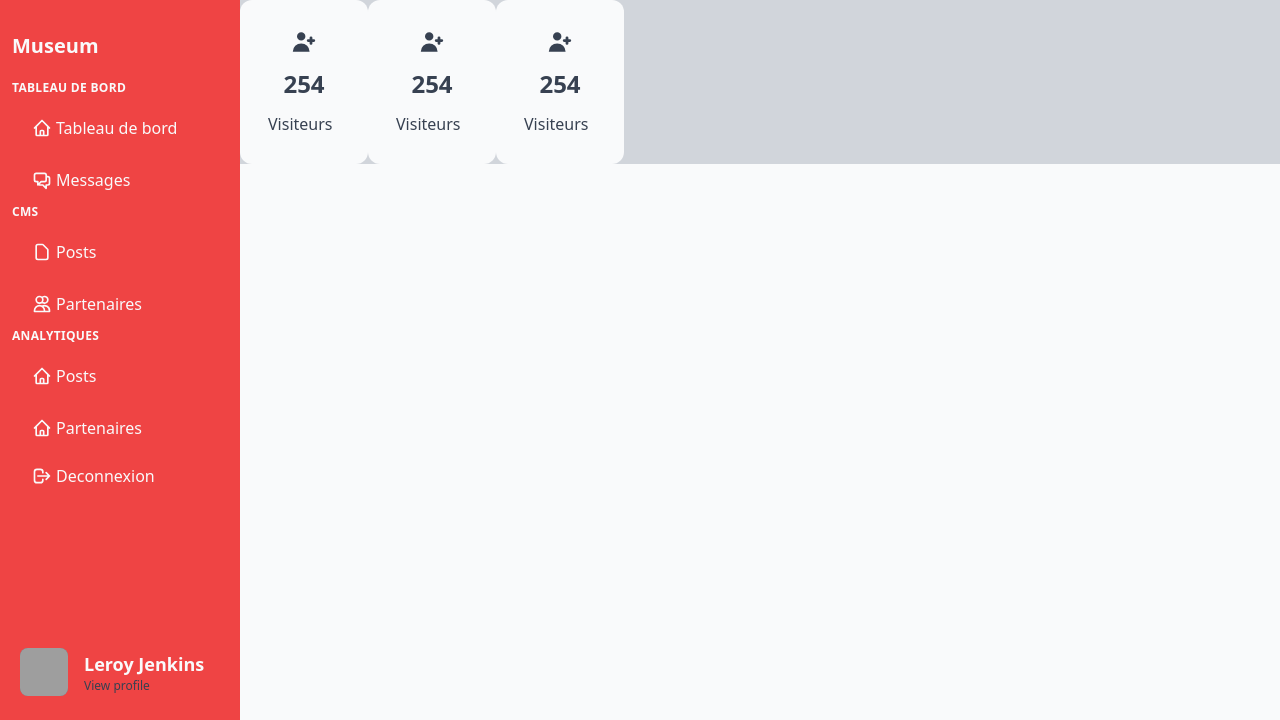
Repository: erulabs243/museum
Page: /dashboard
The author's editor kept a copy of each file at every save. The page is drawn from the files as they stood at one save, then again after the next save.
The browser window is 1280 px wide. The pictures show the whole page.
Pictures or frames that could not be fetched are drawn as grey boxes. The project was rebuilt for these pictures with package versions that can differ from the ones it lists, and the page was loaded fresh each time. Also part of the build but not shown: vite.config.js, src/pages/admin/Home.jsx, src/components/atoms/headers/NavLink.jsx, src/components/atoms/headers/Button.jsx, src/components/atoms/TagBadge.jsx, src/components/atoms/MyAudioPlayer.jsx, src/components/atoms/MyVideoPlayer.jsx, src/components/atoms/MediaCard.jsx and 23 more.

Above is the page before, as saved 2022-08-10 20:38:35.

### index.html
<!DOCTYPE html>
<html lang="en">
  <head>
    <meta charset="UTF-8" />
    <link rel="icon" type="image/svg+xml" href="/vite.svg" />
    <link rel="stylesheet" href="src/theme/App.css">
    <meta name="viewport" content="width=device-width, initial-scale=1.0" />
    <title>Museum...</title>
  </head>
  <body class="bg-gray-50">
    <div id="root"></div>
    <script type="module" src="/src/main.jsx"></script>
  </body>
</html>

### src/App.jsx
'use strict';

import { BrowserRouter, Route, Routes } from 'react-router-dom';
import { AdminRoutes, CommonsRoutes, UserRoutes, AuthRoutes } from './routes';

const App = () => {
    return (
        <BrowserRouter>
            <Routes>
                {AuthRoutes.map((route) => (
                    <Route path={route.path} key={route.path} element={route.element} />
                ))}
                {UserRoutes.map((route) => (
                    <Route path={route.path} key={route.path} element={route.element} />
                ))}
                {AdminRoutes.map((route) => (
                    <Route path={route.path} key={route.path} element={route.element} />
                ))}
                {CommonsRoutes.map((route) => (
                    <Route path={route.path} key={route.path} element={route.element} />
                ))}
            </Routes>
        </BrowserRouter>
    );
};

export default App;

### src/routes/index.jsx
'use strict';

import AdminRoutes from "./AdminRoutes";
import CommonsRoutes from "./CommonsRoutes";
import UserRoutes from "./UserRoutes";
import AuthRoutes from "./AuthRoutes";

export {UserRoutes, AdminRoutes, CommonsRoutes, AuthRoutes};

### src/routes/AdminRoutes.jsx
'use strict';

import { Contact, Dashboard, Post } from '../pages/admin';

const AdminRoutes = [
    {
        path: '/dashboard',
        element: <Dashboard />
    },
    {
        path: '/post',
        element: <Post />
    },
    {
        path: '/contacts',
        element: <Contact />
    }
];

export default AdminRoutes;

### src/routes/CommonsRoutes.jsx
'use strict';

import { NotFound } from '../pages/commons';

const CommonsRoutes = [
    {
        path: '*',
        element: <NotFound />
    }
];

export default CommonsRoutes;

### src/routes/UserRoutes.jsx
'use strict';

import {
    About,
    Contact,
    Gallery,
    Home,
    Library,
    Podcast,
    Story,
    Testimonials,
    Videos
} from '../pages/user';

const UserRoutes = [
    {
        path: '/',
        element: <Home />
    },
    {
        path: '/contact',
        element: <Contact />
    },
    {
        path: '/library',
        element: <Library />
    },
    {
        path: '/stories',
        element: <Testimonials />
    },
    {
        path: '/stories/:slug',
        element: <Story />
    },
    {
        path: '/gallery',
        element: <Gallery />
    },
    {
        path: '/videos',
        element: <Videos />
    },
    {
        path: '/podcast',
        element: <Podcast />
    },
    {
        path: '/about',
        element: <About />
    }
];

export default UserRoutes;

### src/routes/AuthRoutes.jsx
'use strict';

import { Login } from '../pages/auth';

const AuthRoutes = [
    {
        path: '/login',
        element: <Login />
    }
];

export default AuthRoutes;

### src/pages/admin/index.jsx
'use strict';

import Home from './Home';
import Dashboard from './Dashboard';
import Contact from './Contact';
import Post from './Post';

export { Home, Dashboard, Contact, Post };

### src/pages/commons/index.jsx
'use strict';

import NotFound from './NotFound';

export { NotFound };

### src/pages/user/index.jsx
'use strict';

import Blog from './Blog';
import Contact from './Contact';
import Gallery from './Gallery';
import Library from './Library';
import Podcast from './Podcast';
import Testimonials from './Testimonials';
import Videos from './Videos';
import Home from './Home';
import Story from './Story';
import About from './About';

export { Home, Blog, Contact, Gallery, Library, Podcast, Testimonials, Videos, Story, About };

### src/pages/auth/index.jsx
'use strict';

import Login from "./Login";

export {Login};

### src/pages/admin/Dashboard.jsx
'use strict';

import { OverviewStat } from '../../components/atoms';
import { AdminSidebar } from '../../components/sections';

const Dashboard = () => {
    return (
        <main className="bg-gray-300 flex flex-row">
            <AdminSidebar />

            <aside className="flex flex-row">
                <div className="w-60"></div>
                <div>
                    {/* OVERVIEW */}
                    <section className="flex flex-row justify-between w-full">
                        {[...Array(3)].map((elt, idx) => (
                            <OverviewStat key={idx} />
                        ))}
                    </section>
                </div>
            </aside>
        </main>
    );
};

export default Dashboard;

### src/components/atoms/index.jsx
'use strict';

import NavLink from './headers/NavLink';
import Button from './headers/Button';
import TagBadge from './TagBadge';
import MyAudioPlayer from './MyAudioPlayer';
import MyVideoPlayer from './MyVideoPlayer';
import MediaCard from './MediaCard';
import OverviewStat from './OverviewStat';

export { Button, NavLink, TagBadge, MyAudioPlayer, MyVideoPlayer, MediaCard, OverviewStat };

### src/components/sections/index.jsx
'use strict';

import Navbar from './Navbar';
import Footer from './Footer';
import Testimonial from './Testimonial';
import LibraryHeader from './LibraryHeader';
import Pagination from './Pagination';
import Article from './Article';
import Image from './Image';
import Modal from './Modal';
import AdminSidebar from './AdminSidebar';

export {
    Navbar,
    Footer,
    Testimonial,
    LibraryHeader,
    Pagination,
    Article,
    Image,
    Modal,
    AdminSidebar
};

### src/components/atoms/OverviewStat.jsx
'use strict';

import { UserAddIcon } from '@heroicons/react/solid';

const OverviewStat = () => {
    return (
        <div className="w-32 bg-gray-50 rounded-xl p-7 text-gray-700">
            <UserAddIcon className="w-7 h-7 mx-auto" />
            <h1 className="text-center font-bold text-2xl py-3">254</h1>
            <span className="text-center">Visiteurs</span>
        </div>
    );
};

export default OverviewStat;

### src/components/sections/AdminSidebar.jsx
'use strict';

import {
    HomeIcon,
    LogoutIcon,
    ChatAlt2Icon,
    DocumentIcon,
    UsersIcon
} from '@heroicons/react/outline';
import { Link } from 'react-router-dom';

const AdminSidebar = () => {
    return (
        <div className="flex flex-col h-screen p-3 w-60 bg-red-500 text-gray-50 fixed top-0">
            <div className="flex flex-col py-5 font-semibold text-xl">
                <Link to="/dashboard" className="text-gray-50">
                    Museum
                </Link>
            </div>

            <div className="space-y-2">
                <h2 className="text-xs font-semibold tracking-wide uppercase dark:text-gray-700">
                    Tableau de bord
                </h2>
                <div className="flex flex-col space-y-1">
                    <a
                        rel="noopener noreferrer"
                        href="#"
                        className="flex flex-row items-center py-3 px-5 rounded-lg hover:bg-gray-700">
                        <HomeIcon className="w-5 h-5 mr-1" />
                        <span>Tableau de bord</span>
                    </a>
                    <a
                        rel="noopener noreferrer"
                        href="#"
                        className="flex flex-row items-center py-3 px-5 rounded-lg hover:bg-gray-700">
                        <ChatAlt2Icon className="w-5 h-5 mr-1" />
                        <span>Messages</span>
                    </a>
                </div>
            </div>
            <div className="space-y-2">
                <h2 className="text-xs font-semibold tracking-wide uppercase dark:text-gray-700">
                    CMS
                </h2>
                <div className="flex flex-col space-y-1">
                    <a
                        rel="noopener noreferrer"
                        href="#"
                        className="flex flex-row items-center py-3 px-5 rounded-lg hover:bg-gray-700">
                        <DocumentIcon className="w-5 h-5 mr-1" />
                        <span>Posts</span>
                    </a>
                    <a
                        rel="noopener noreferrer"
                        href="#"
                        className="flex flex-row items-center py-3 px-5 rounded-lg hover:bg-gray-700">
                        <UsersIcon className="w-5 h-5 mr-1" />
                        <span>Partenaires</span>
                    </a>
                </div>
            </div>
            <div className="space-y-2">
                <h2 className="text-xs font-semibold tracking-wide uppercase dark:text-gray-700">
                    Analytiques
                </h2>
                <div className="flex flex-col space-y-1">
                    <a
                        rel="noopener noreferrer"
                        href="#"
                        className="flex flex-row items-center py-3 px-5 rounded-lg hover:bg-gray-700">
                        <HomeIcon className="w-5 h-5 mr-1" />
                        <span>Posts</span>
                    </a>
                    <a
                        rel="noopener noreferrer"
                        href="#"
                        className="flex flex-row items-center py-3 px-5 rounded-lg hover:bg-gray-700">
                        <HomeIcon className="w-5 h-5 mr-1" />
                        <span>Partenaires</span>
                    </a>
                </div>
            </div>
            <div className="space-y-2">
                <div className="flex flex-col space-y-1">
                    <a
                        rel="noopener noreferrer"
                        href="#"
                        className="flex flex-row items-center py-3 px-5 rounded-lg hover:bg-gray-700">
                        <LogoutIcon className="w-5 h-5 mr-1" />
                        <span>Deconnexion</span>
                    </a>
                </div>
            </div>
            <div className="flex items-center p-2 mt-12 space-x-4 justify-self-end absolute bottom-4">
                <img
                    src="https://source.unsplash.com/100x100/?portrait"
                    alt=""
                    className="w-12 h-12 rounded-lg bg-gray-500"
                />
                <div>
                    <h2 className="text-lg font-semibold">Leroy Jenkins</h2>
                    <span className="flex items-center space-x-1">
                        <a
                            rel="noopener noreferrer"
                            href="#"
                            className="text-xs hover:underline text-gray-700">
                            View profile
                        </a>
                    </span>
                </div>
            </div>
        </div>
    );
};

export default AdminSidebar;

Loaded but not shown: src/main.jsx (common file); src/theme/App.css (2450 lines, source omitted)

After the next save:
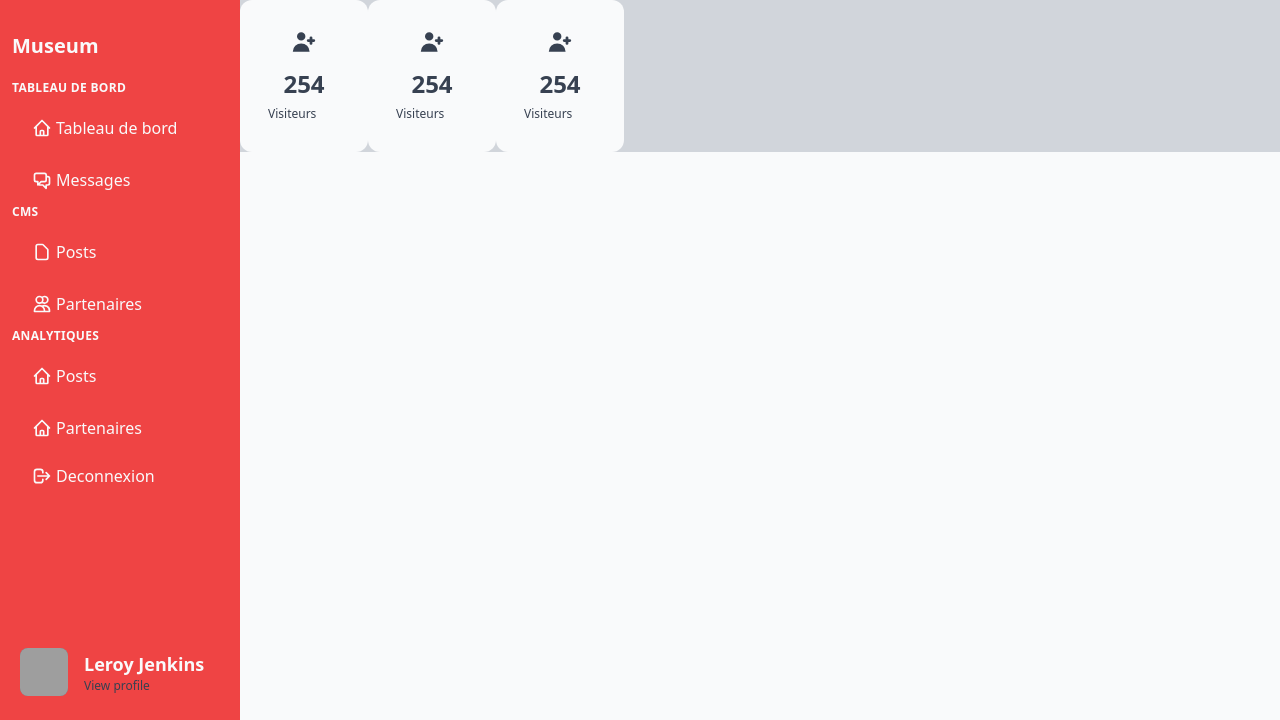
Saved 23 s later.
--- a/src/components/atoms/OverviewStat.jsx
+++ b/src/components/atoms/OverviewStat.jsx
@@ -6,8 +6,8 @@ const OverviewStat = () => {
     return (
         <div className="w-32 bg-gray-50 rounded-xl p-7 text-gray-700">
             <UserAddIcon className="w-7 h-7 mx-auto" />
-            <h1 className="text-center font-bold text-2xl py-3">254</h1>
-            <span className="text-center">Visiteurs</span>
+            <h1 className="text-center font-bold text-2xl pt-3">254</h1>
+            <span className="text-center text-xs">Visiteurs</span>
         </div>
     );
 };
